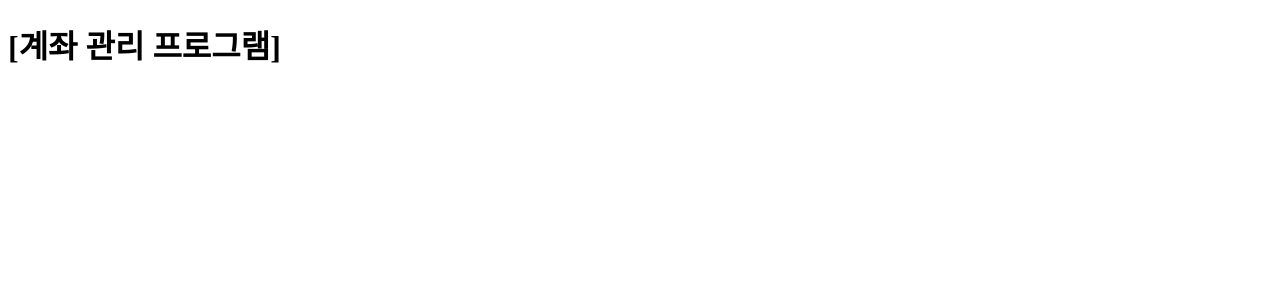
Repository: GDandTOP/JavaStudy
Page: http://localhost/0125/accmain.jsp
The author's editor kept a copy of each file at every save. The page is drawn from the files as they stood at one save, then again after the next save.
The browser window is 1280 px wide. The pictures show the whole page.
The page is served by Tomcat 9. Other server files are loaded and not shown.

Above is the page before, as saved 2023-01-25 06:39:54.

### jsptest/0125/src/main/webapp/accmain.jsp
<%@ page language="java" contentType="text/html; charset=UTF-8"
    pageEncoding="UTF-8"%>
<!DOCTYPE html>
<html>
<head>
<meta charset="UTF-8">
<title>Insert title here</title>
</head>
<body>
<h1>[계좌 관리 프로그램]</h1>
</body>
</html>

After the next save:
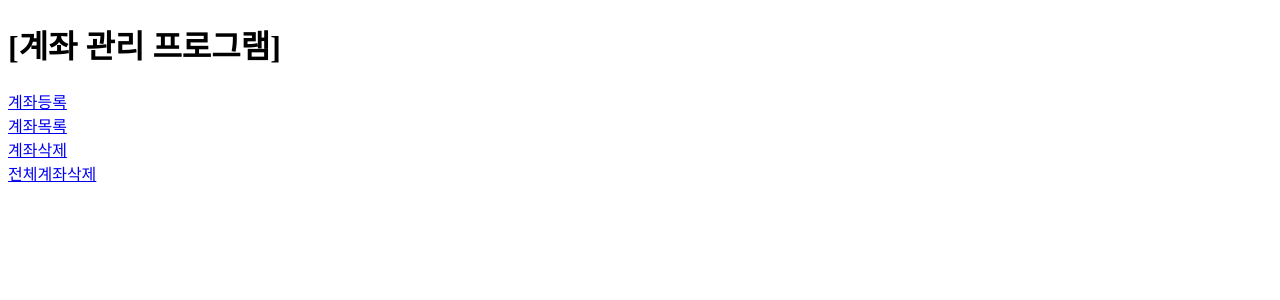
Saved 95 s later.
--- a/jsptest/0125/src/main/webapp/accmain.jsp
+++ b/jsptest/0125/src/main/webapp/accmain.jsp
@@ -8,5 +8,9 @@
 </head>
 <body>
 <h1>[계좌 관리 프로그램]</h1>
+<a href="accproduct.jsp">계좌등록</a><br>
+<a href="acclist.jsp">계좌목록</a><br>
+<a href="accdelete.jsp">계좌삭제</a><br>
+<a href="accdelete.jsp">전체계좌삭제</a><br>
 </body>
 </html>
